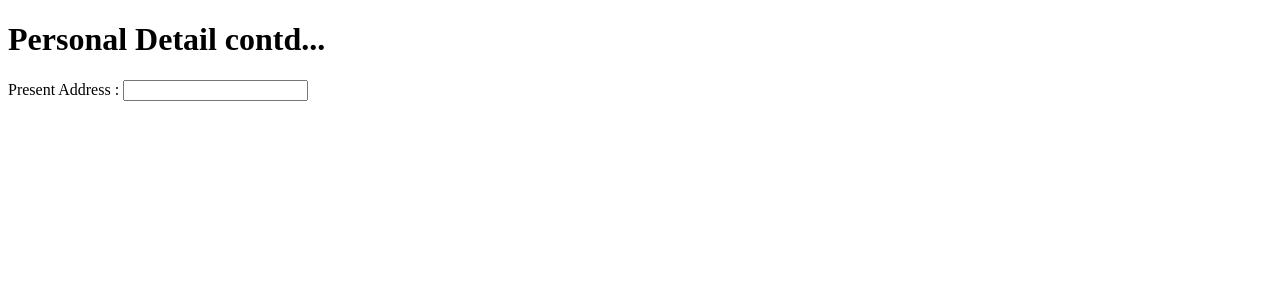
Repository: gotoharjeet/s2
Page: sessionDemo/src/main/webapp/two.html
These files come from the project's save history. The page is drawn as it stood at one moment and after the next save; the edit follows.
The browser window is 1280 px wide. The pictures show the whole page.

Above is the page before, as saved 2022-05-26 16:06:40.

### sessionDemo/src/main/webapp/two.html
<!DOCTYPE html>
<html>
<head>
<meta charset="UTF-8">
<title>Second Page</title>
</head>
<body action="SecondServlet" method="post">
   <h1>Personal Detail contd...</h1>
   Present Address : <input type="text" name="address1">

</body>
</html>

After the next save:
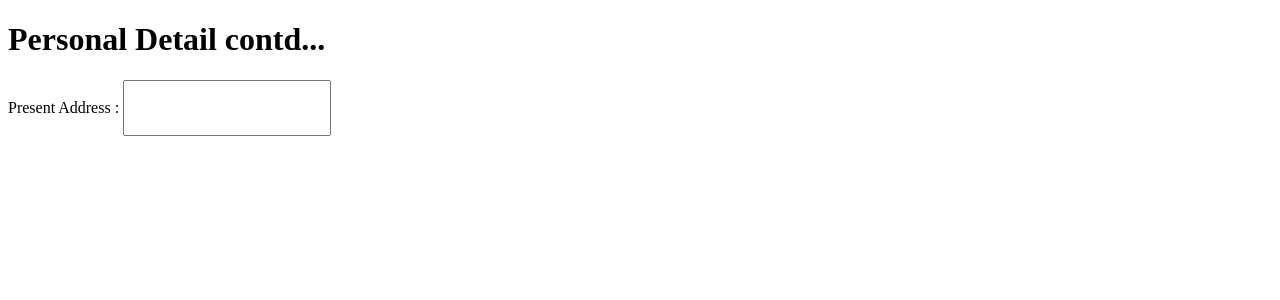
Saved 2 min 21 s later.
--- a/sessionDemo/src/main/webapp/two.html
+++ b/sessionDemo/src/main/webapp/two.html
@@ -6,7 +6,7 @@
 </head>
 <body action="SecondServlet" method="post">
    <h1>Personal Detail contd...</h1>
-   Present Address : <input type="text" name="address1">
+   Present Address : <input type="text" name="address1" style="width:200px; height:50px;" >
 
 </body>
 </html>
